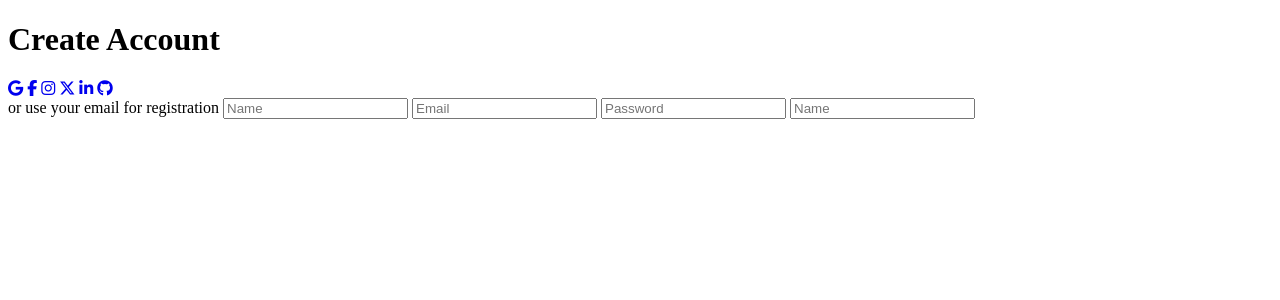
Repository: DevMike1993/Animated_Login_Page
Page: index.html
The author's editor kept a copy of each file at every save. The page is drawn from the files as they stood at one save, then again after the next save.
The browser window is 1280 px wide. The pictures show the whole page.

Above is the page before, as saved 2023-12-17 19:37:30.

### index.html
<!DOCTYPE html>
<html lang="en">
<head>
    <meta charset="UTF-8">
    <meta name="viewport" content="width=device-width, initial-scale=1.0">
    <link rel="stylesheet" href="https://cdnjs.cloudflare.com/ajax/libs/font-awesome/6.5.1/css/all.min.css">
    <link rel="stylesheet" href="style.css">
    <title>Animated Login Page</title>
</head>
<body>

    <div class="container" id="container">
        <div class="form-container sign-up">
            <form>
                <h1>Create Account</h1>
                <div class="social-icons">
                    <a href="#" class="icon"><i class="fa-brands fa-google"></i></a>
                    <a href="#" class="icon"><i class="fa-brands fa-facebook-f"></i></a>
                    <a href="#" class="icon"><i class="fa-brands fa-instagram"></i></a>
                    <a href="#" class="icon"><i class="fa-brands fa-x-twitter"></i></a>
                    <a href="#" class="icon"><i class="fa-brands fa-linkedin-in"></i></a>
                    <a href="#" class="icon"><i class="fa-brands fa-github"></i></a>
                </div>
                <span>or use your email for registration</span>
                <input type="text" placeholder="Name">
                <input type="email" placeholder="Email">
                <input type="password" placeholder="Password">
                <input type="text" placeholder="Name">
            </form>
        </div>
    </div>

    <script src="script.js"></script>
</body>
</html>

### style.css
@import url('https://fonts.googleapis.com/css2?family=Montserrat:ital,wght@0,200;0,300;0,400;0,500;0,600;1,200;1,300&family=Poppins&display=swap');

Loaded but not shown: script.js (no copy from this time; the picture is the same without it)

After the next save:
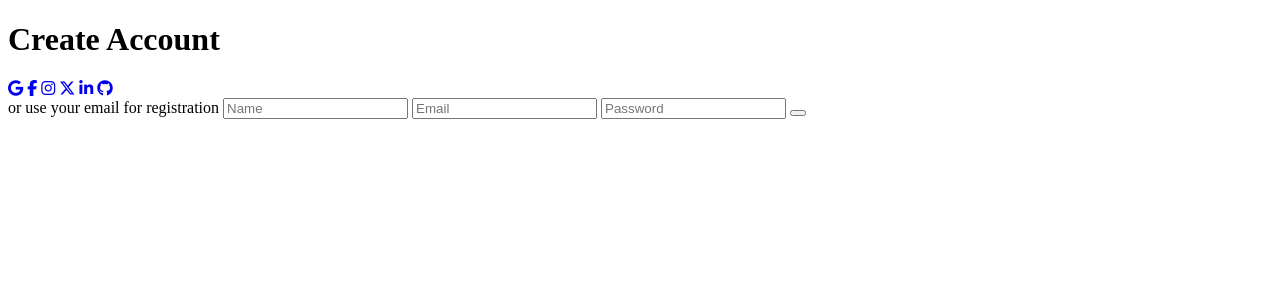
Saved 25 s later.
--- a/index.html
+++ b/index.html
@@ -25,7 +25,7 @@
                 <input type="text" placeholder="Name">
                 <input type="email" placeholder="Email">
                 <input type="password" placeholder="Password">
-                <input type="text" placeholder="Name">
+                <button></button>
             </form>
         </div>
     </div>
